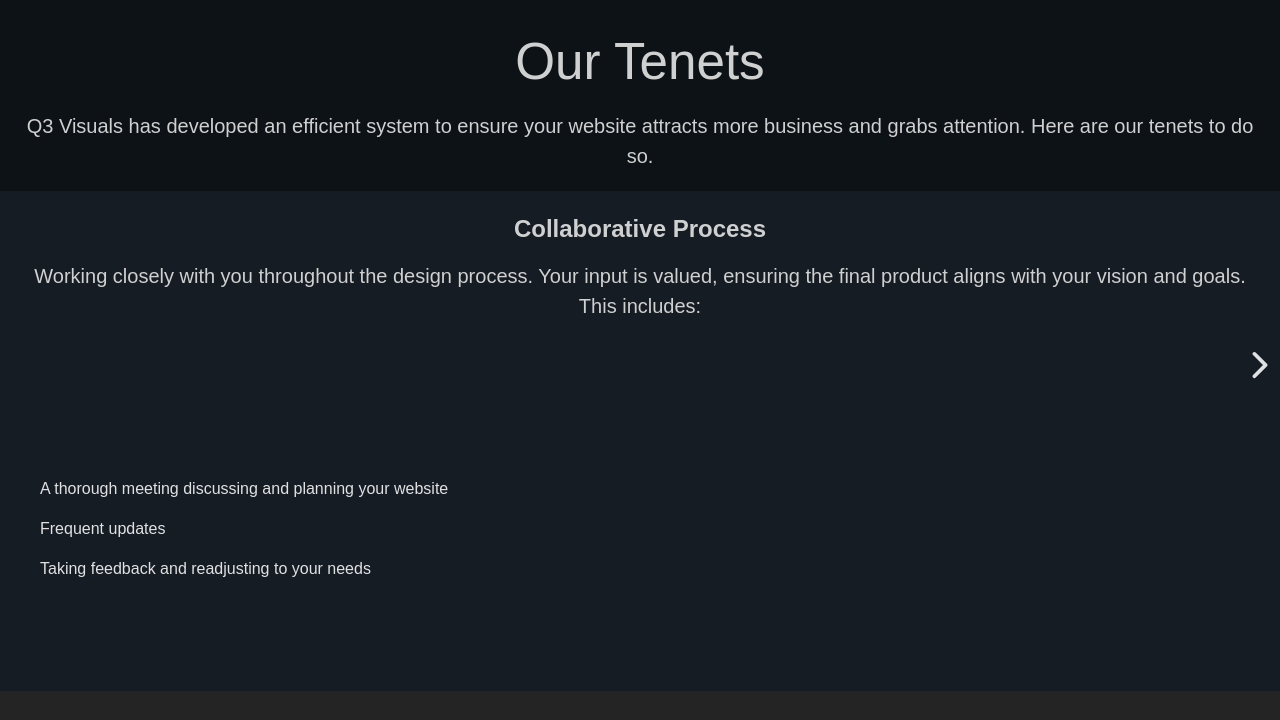
Repository: TMuse333/quantumDesigns
Page: /process
An editor plug-in stored every save of this project. The page is shown before and after the next save, followed by the edit.
The browser window is 1280 px wide. The pictures show the whole page.
The project was rebuilt for these pictures with package versions that can differ from the ones it lists, and the page was loaded fresh each time. Also part of the build but not shown: vite.config.js, src/styles/navbar.css, src/components/navbar.jsx, src/styles/herobanner.css, src/components/Herobanner.jsx, src/components/intro.jsx, src/styles/tenets.css, src/components/tenets.jsx and 8 more.

Above is the page before, as saved 2023-12-16 19:32:25.

After the next save:
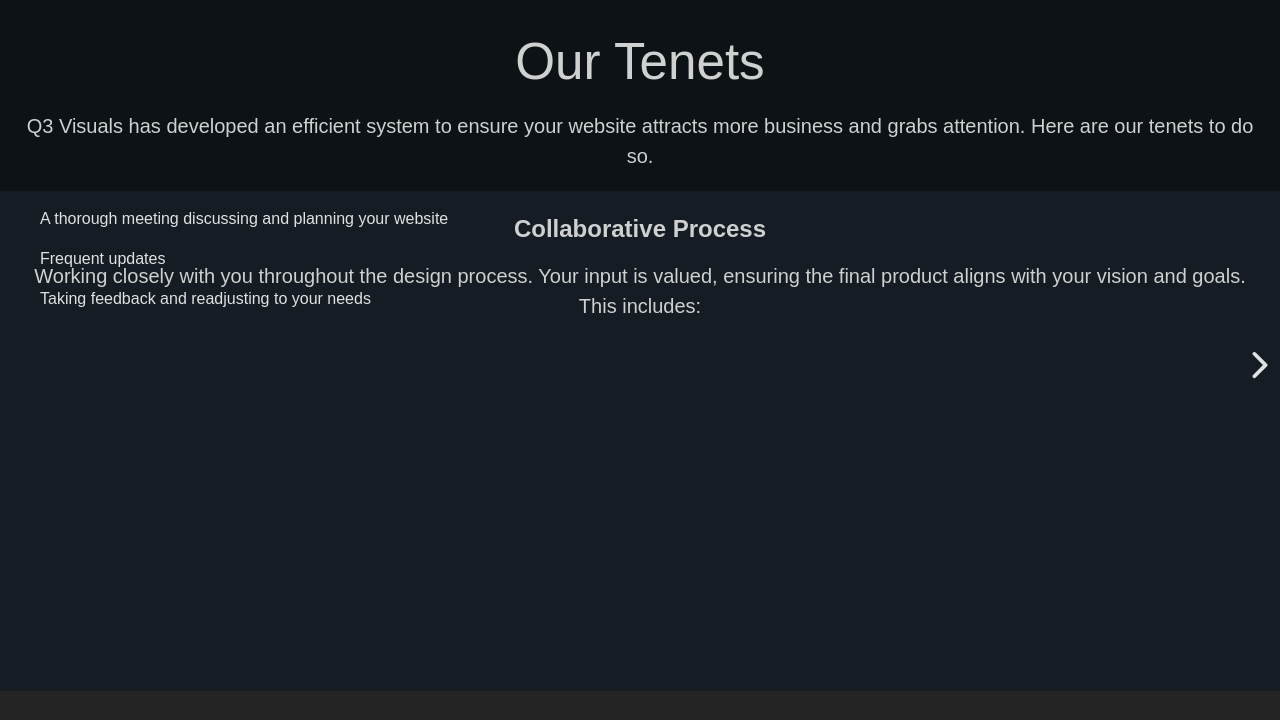
Saved 101 s later.
--- a/src/styles/process.css
+++ b/src/styles/process.css
@@ -9,7 +9,7 @@
 
 .points{
     position: relative;
-      top:54%;
+      top:calc(100)
 }
 
 .points li {

After the 3 saves that followed:
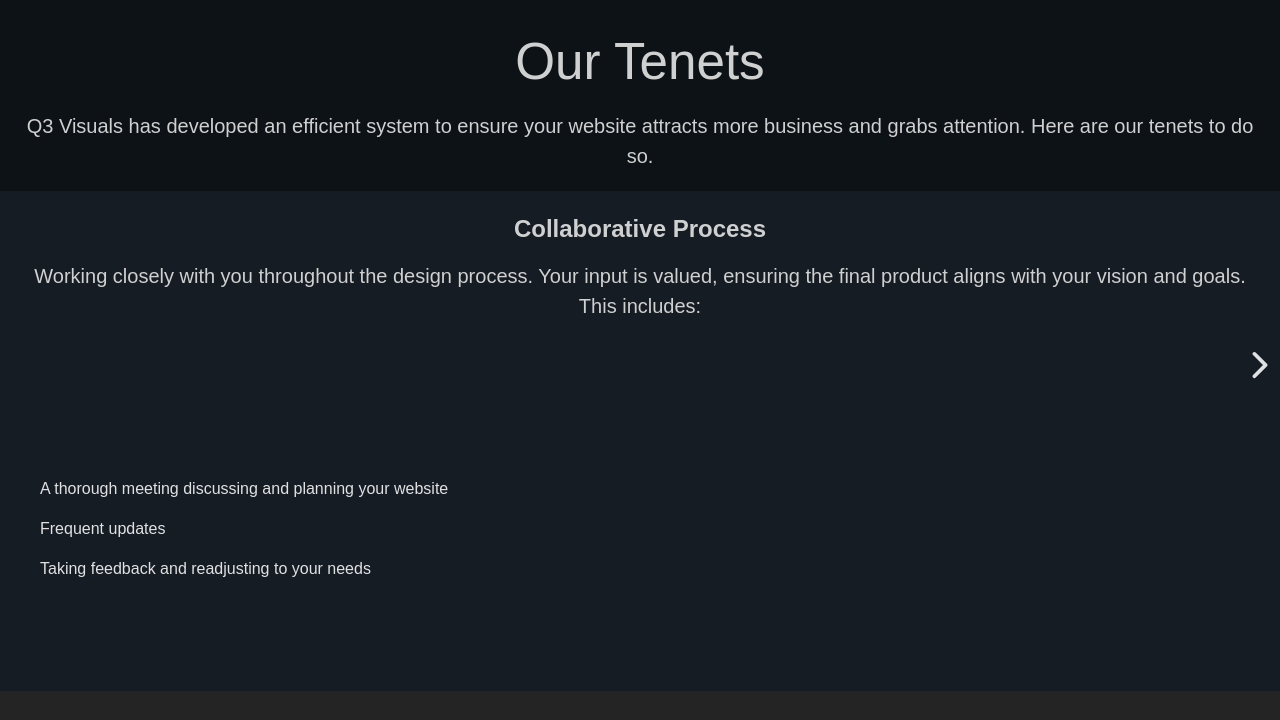
The 3 saves are shown as one change because 1 left the picture as it was and some came seconds apart.
The last was saved 11 s later.
--- a/src/styles/process.css
+++ b/src/styles/process.css
@@ -9,7 +9,7 @@
 
 .points{
     position: relative;
-      top:calc(100)
+      top:calc(54%)
 }
 
 .points li {
